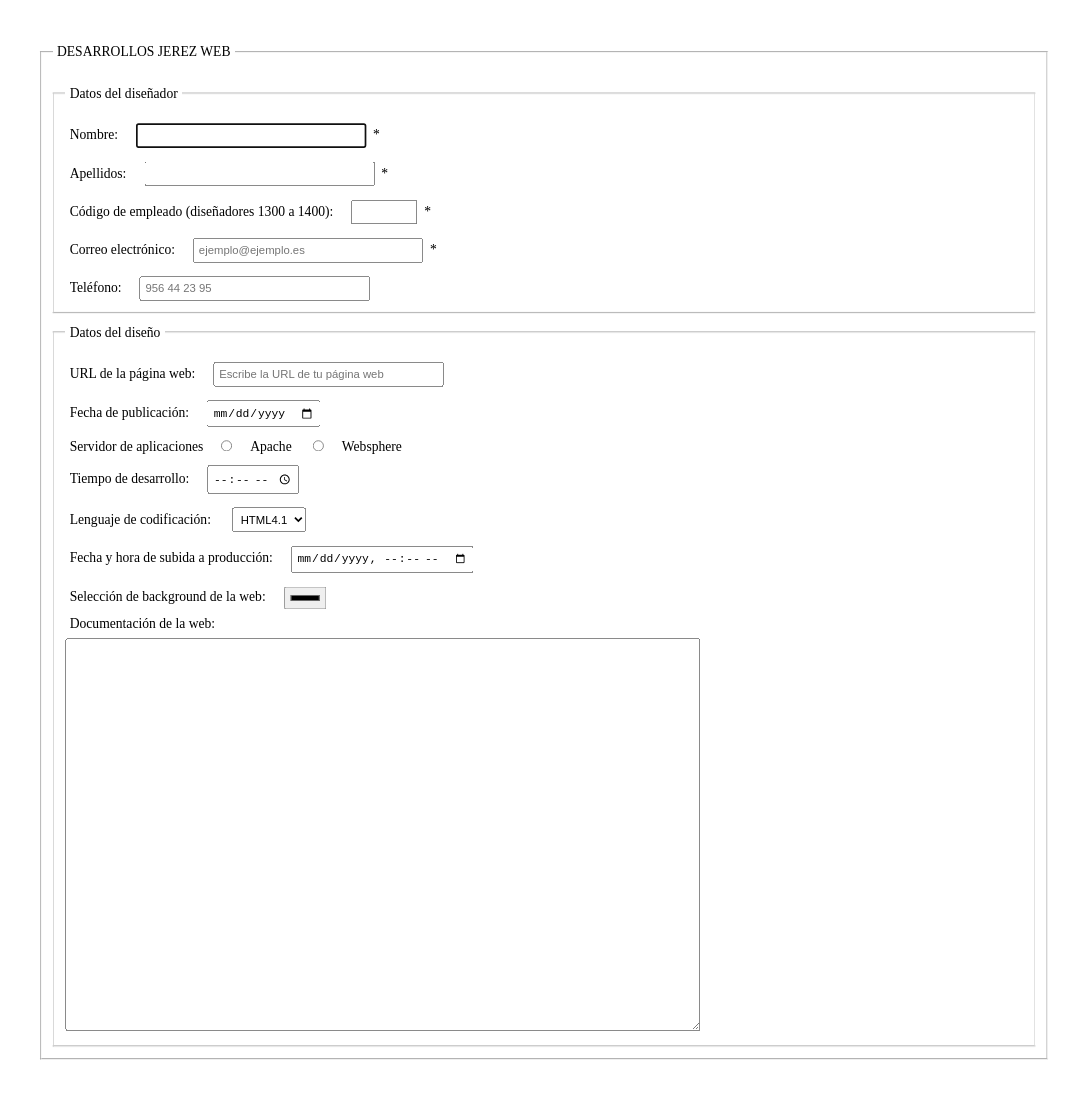
Repository: iSaan86/EV_Practica_FormularioCSS
Page: index.html
These files come from the project's save history. The page is drawn as it stood at one moment and after the next save; the edit follows.
The browser window is 1280 px wide. The pictures show the whole page, at 85% of full size.

Above is the page before, as saved 2024-01-11 17:13:07.

After the next save:
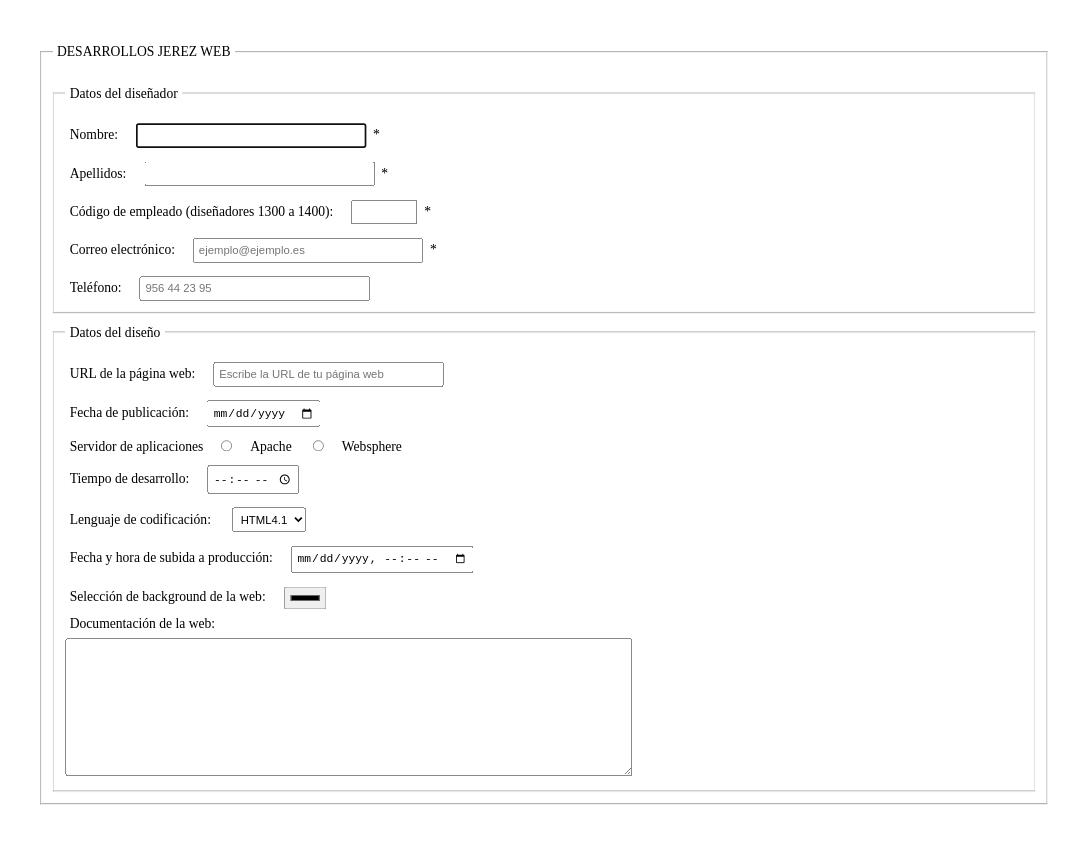
Saved 14 s later.
--- a/index.html
+++ b/index.html
@@ -40,7 +40,7 @@
                 <label for="fechayhora">Fecha y hora de subida a producción:</label><input type="datetime-local" name="fechayhora" size="30%"><br>
                 <label for="fondo">Selección de background de la web:</label><input type="color" name="fondo" size="30%"><br>
                 <label for="areatexto">Documentación de la web:</label><br>
-                <textarea name="areatexto" cols="90" rows="30">
+                <textarea name="areatexto" cols="80" rows="10">
                 </textarea>
             </fieldset>
 
